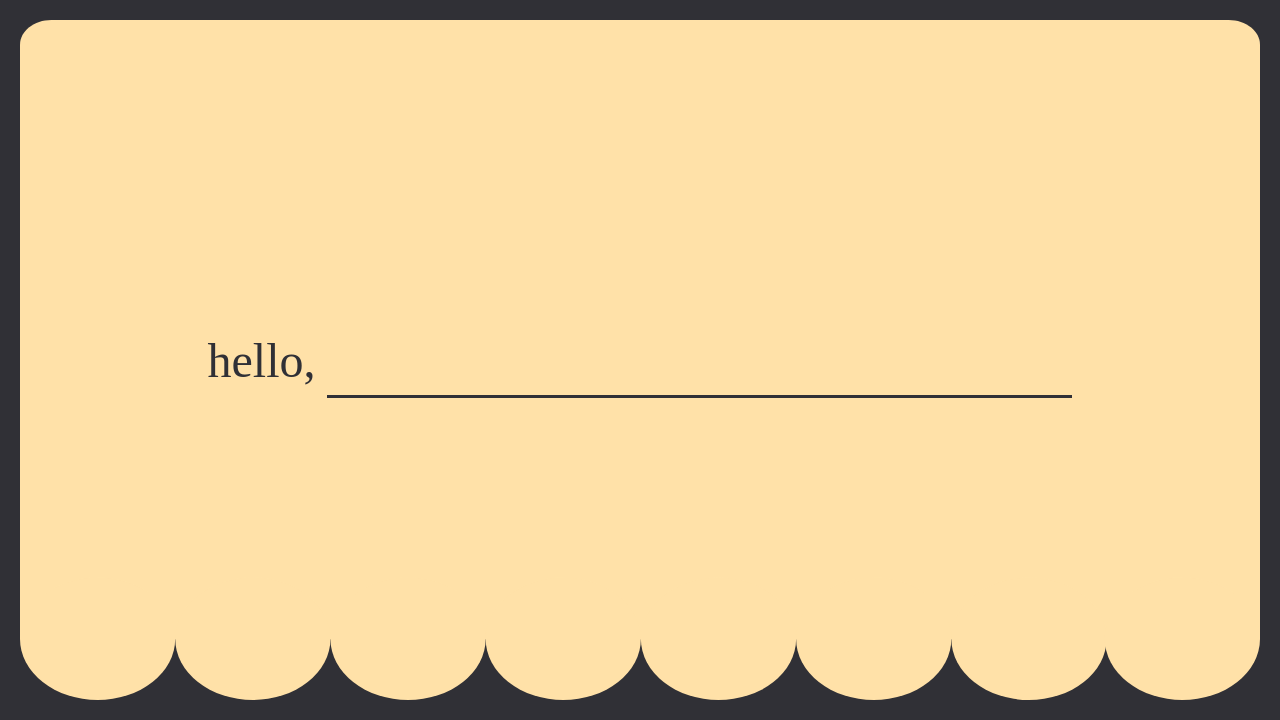
Repository: zhangolivia7/rot-recovery
Page: /
An editor plug-in stored every save of this project. The page is shown before and after the next save, followed by the edit.
The browser window is 1280 px wide. The pictures show the whole page.
Some web fonts or font styles are not loaded; a fallback is used. The project was rebuilt for these pictures with package versions that can differ from the ones it lists, and the page was loaded fresh each time. The framework's server and built-in components were replaced by stand-ins that run in the browser. Also part of the build but not shown: next.config.ts.

Above is the page before, as saved 2025-03-29 18:09:29.

### src/app/layout.tsx
import type { Metadata } from "next";
import { Geist, Geist_Mono } from "next/font/google";
import "./globals.css";

const geistSans = Geist({
  variable: "--font-geist-sans",
  subsets: ["latin"],
});

const geistMono = Geist_Mono({
  variable: "--font-geist-mono",
  subsets: ["latin"],
});

export const metadata: Metadata = {
  title: "Rot Recovery",
  description: "it's comeback time.",
};

export default function RootLayout({
  children,
}: Readonly<{
  children: React.ReactNode;
}>) {
  return (
    <html lang="en">
      <body
        className={`${geistSans.variable} ${geistMono.variable} antialiased`}
      >
        {children}
      </body>
    </html>
  );
}

### src/app/page.tsx
'use client'
import { SetStateAction, useState } from "react";
import { useWindowSize } from 'react-use';
import Confetti from 'react-confetti-boom';

export default function Home() {
  const [name, setName] = useState("");
  const [tasks, setTasks] = useState<{ id: number; text: string }[]>([]);
  const [timeframe, setTimeframe] = useState("");
  const [newTask, setNewTask] = useState("");
  const [schedule, setSchedule] = useState<string>(""); //store groqAPI response
  const [loading, setLoading] = useState<boolean>(false);

  // Update name
  const updateName = (e: React.ChangeEvent<HTMLInputElement>) => {
    setName(e.target.value);
    console.log(name);
  };

  // Update task text
  const updateTaskText = (id: number, text: string) => {
    setTasks(tasks.map(task => (task.id === id ? { ...task, text } : task)));
  };

  // Delete a task
  const deleteTask = (id: number) => {
    setTasks(tasks.filter(task => task.id !== id));
  };

  // Add new task when Enter is pressed
  const handleKeyDown = (e: React.KeyboardEvent<HTMLInputElement>) => {
    if (e.key === "Enter" && newTask.trim() !== "") {
      setTasks([...tasks, { id: Date.now(), text: newTask }]);
      setNewTask("");
    }
  };

  // Send tasks and timeframe to ChatGPT API and update schedule
  const handleSubmit = async () => {
    if (tasks.length === 0 || timeframe.trim() === "") {
      alert("Please enter tasks and a timeframe.");
      return;
    }

    setLoading(true); // Show loading state

    // Prepare message for Groq
    var prompt = "";

    if (name.toLowerCase() === "leslie") {
      prompt = `ALWAYS USE <b> IF YOU NEED TO BOLD YOUR RESPONSES!!! DO NOT USE DOUBLE ASTERICKS\nHey! You're talking to my friend ${name}, who's been bedrotting and has ${timeframe} to get back on track! Here's what ${name} has to get done':\n` +
        tasks.map((task, index) => `${index + 1}. ${task.text}`).join("\n") +
        `\n\nShe REALLY likes Hatsune Miku, so pretending you're Hatsune Miku and including Hatsune Miku references, give them a structured, realistic schedule based on the current time and amount of time they have to work in this schedule format:\n[Introduction message (make sure you introduce yourself as Hatsune Miku)]\n[00:00-##:##: <b>Task</b>, bit of encouragement and tips on how to complete the task well] and repeat this structure. Here's an example: <b>[Greeting]</b>\n\nHere's your customized schedule: \n\n<b>00:00-00:30: Finish Math Homework,</b> Leslie-chan! Take a deep breath and dive into your math problems. Focus on one question at a time, and make sure you understand each concept before moving on to the next. You got this!\n\n<b>00:30-01:15: Watch Algorithms Class Lecture.</b> Take a short break to grab a snack or stretch, and then settle in to watch your lecture. Take notes on important points, and don't hesitate to pause the video if you need to review something.\n\n<b>01:15-03:00: Study for Linear Algebra Test.</b> You're almost there, Leslie-chan! Review your notes and textbook, and try to summarize key concepts in your own words. Make flashcards or create a concept map to help you visualize the material.\n\n[Closing message with Hatsune Miku references]`;
    } else {
      prompt = `ALWAYS USE <b> IF YOU NEED TO BOLD YOUR RESPONSES!!! DO NOT USE DOUBLE ASTERICKS. Hey! You're talking to my friend ${name}, who's been bedrotting and has ${timeframe} to get back on track! Here's what ${name} has to get done':\n` +
        tasks.map((task, index) => `${index + 1}. ${task.text}`).join("\n") +
        `\n\nIn a fun, chill tone, give them a structured, realistic schedule based on the current time and amount of time they have to work in this schedule format:\n[Introduction message]\n<b>00:00-##:##: Task</b>, bit of encouragement and tips on how to complete the task well. Repeat this structure. Here's an example: <b>[Greeting]</b>\n\nHere's your customized schedule:\n\n<b>00:00-00:20: History Studying,</b> Let's get that history test prep started! Focus on reviewing your notes, making flashcards, and going over any tricky dates or events. You got this, Bob!\n\n<b>00:20-00:45: English Essay Brainstorm,</b> Time to get those creative juices flowing! Take 10-15 minutes to brainstorm ideas for your essay, then organize your thoughts into an outline. Remember, a solid outline will make the writing process so much smoother!\n\n<b>00:45-01:10: Math Homework</b>, Math homework can be a real challenge, but you're almost there! Focus on one problem at a time, and don't be afraid to take breaks if you get stuck. You've got this, Bob! You're so close to finishing!\n\n<b>01:10-02:00: Write That Essay,</b> It's time to put your thoughts into words! Take your outline and start writing that essay. Remember to stay focused, and don't worry too much about grammar or spelling at this stage. Just get your ideas down on paper!\n\n[Closing message]`;
    }

    try {
      const response = await fetch("/api/generate-schedule", {
        method: "POST",
        headers: { "Content-Type": "application/json" },
        body: JSON.stringify({ prompt }),
      });

      const data = await response.json();
      setSchedule(data.schedule); // Store response
    } catch (error) {
      console.error("Error fetching schedule:", error);
      setSchedule("Failed to generate schedule. Try again.");
    } finally {
      setLoading(false);
    }

    // Scroll to the schedule section
    document.getElementById("next-section")?.scrollIntoView({ behavior: "smooth" });
  };

  return (
    <div className={`h-screen snap-y snap-mandatory ${name.trim() === "" ? "overflow-hidden" : "overflow-y-scroll"}`}>
      {/* Section 1 */}
      <section id="sec1" className="h-screen flex justify-center items-center snap-start relative overflow-hidden">
        {/* SVG Background with exact 10px margin on all sides */}
        <div className="absolute top-[20px] left-[20px] right-[20px] bottom-[20px] z-0">
          <svg
            viewBox="0 0 1382 961"
            fill="none"
            xmlns="http://www.w3.org/2000/svg"
            className="w-full h-full"
            preserveAspectRatio="none"
          >
            <path d="M0 35C0 15.6701 15.67 0 35 0H1347C1366.33 0 1382 15.67 1382 35V875H0V35Z" fill="#FFE1A8" />
            <circle cx="86.5" cy="874.5" r="86.5" fill="#FFE1A8" />
            <circle cx="259.5" cy="874.5" r="86.5" fill="#FFE1A8" />
            <circle cx="432.5" cy="874.5" r="86.5" fill="#FFE1A8" />
            <circle cx="605.5" cy="874.5" r="86.5" fill="#FFE1A8" />
            <circle cx="778.5" cy="874.5" r="86.5" fill="#FFE1A8" />
            <circle cx="951.5" cy="874.5" r="86.5" fill="#FFE1A8" />
            <circle cx="1124.5" cy="874.5" r="86.5" fill="#FFE1A8" />
            <circle cx="1295.5" cy="874.5" r="86.5" fill="#FFE1A8" />
          </svg>
        </div>

        {/* Foreground content */}
        <main className="z-10 flex flex-col gap-[32px] row-start-2 items-center sm:items-start">
          <div id="s1">
            <h1>
              hello, <input type="text" id="helloText" value={name} onChange={updateName} />
            </h1>
          </div>
        </main>
      </section>


      {name.trim() !== "" && (
        <>
          {/* Section 2 */}
          <section className="h-screen flex flex-col items-center snap-start">
            <div id="sec2" className="w-full h-full flex flex-col justify-start items-center pt-0">
              {name.toLowerCase() === "leslie" ? (
                // Special SVG for Leslie
                <svg width="724" height="509" viewBox="0 0 724 509" fill="none" xmlns="http://www.w3.org/2000/svg">
                  <path d="M495 354.5C491.4 354.5 469.167 355.833 458.5 356.5L460 359L528.5 363L525.5 359C516.833 357.5 498.6 354.5 495 354.5Z" fill="#88D0C7" />
                  <path d="M558 413L503.5 434.5L547 451L586 425L558 413Z" fill="#8A8585" />
                  <circle cx="545.624" cy="378" r="25" fill="#FFE1A8" />
                  <path d="M336.624 363C375.024 348.6 487.291 357 538.624 363L542.624 397C534.624 399.667 512.224 405.4 486.624 407C461.024 408.6 347.957 445 294.624 463C271.124 474.333 212.524 497 166.124 497C108.124 497 48.1241 453 50.1241 463C51.7241 471 30.7908 497 20.1241 509C12.7908 504.333 -1.4759 491.8 0.124102 479C1.7241 466.2 26.1241 437.667 38.1241 425L156.124 449C144.791 428.333 128.924 382.2 156.124 363C190.124 339 288.624 381 336.624 363Z" fill="#FFE1A8" />
                  <path d="M455.601 453.39C444.301 452.836 398.096 425.701 378.624 407L412.829 390.125C421.464 391.114 453.014 384.686 455.601 396.594C458.836 411.478 493.917 434.314 524.131 436.079C554.345 437.844 558.339 448.801 544.659 456.342C530.98 463.883 469.726 454.083 455.601 453.39Z" fill="#FFE1A8" />
                  <path d="M529 359C505.167 359.167 455.8 360.1 449 362.5C440.5 365.5 408.5 380.5 403 386.5C397.5 392.5 387.5 398 385.5 406C383.9 412.4 384.833 415.333 385.5 416C381.167 412.5 372.8 404.1 374 398.5C375.423 391.858 379.997 387.017 382.597 386.539C380.62 386.631 375.704 386.944 375 388C374.2 389.2 373.333 390.833 373 391.5C373.167 386.667 374.9 376.1 380.5 372.5C387.5 368 403.5 358.5 417 357C430.5 355.5 463 353 473.5 353C484 353 521.5 357 524 357C526 357 528.167 358.333 529 359Z" fill="#88D0C7" />
                  <path d="M550 371.5C553.2 374.3 558.667 374.667 561 374.5L554 369.5L541 362H550C548 361 543 359 539 359C535 359 529.167 360.5 526.5 361.5C525.667 360.5 523.5 359 525.5 359C528 359 534.5 352.5 541 351.5C547.5 350.5 557 353 561 355C564.2 356.6 567.167 361 567.5 364C568.333 364.5 569 368.3 571 371.5C573.5 375.5 567 396 566 397C565 398 547.5 406.5 544 406.5C540.5 406.5 436.5 434 411 446C385.5 458 297 481.5 291.5 481C287.1 480.6 276.333 476.5 271.5 474.5C275.667 475.5 284.7 476.7 287.5 473.5C290.3 470.3 305.667 466.167 313 464.5H301C295 464.5 287.167 470.5 284 473.5C285.5 471 289.1 465.7 291.5 464.5C293.9 463.3 303.833 457.667 308.5 455C312 454.833 320.8 453.6 328 450C337 445.5 433 410.5 454.5 406.5C471.7 403.3 512.333 398.833 530.5 397C535 398.5 545.2 401.5 550 401.5C553.076 401.5 557.203 399.266 560.091 397.493C558.356 397.618 556.601 396.675 554 397C550.8 397.4 544 391.167 541 388H550C554.8 388 559.333 385.667 561 384.5C558.167 383.333 552 380.6 550 379C548 377.4 545.167 368.333 544 364C544.667 365.333 546.8 368.7 550 371.5Z" fill="#88D0C7" />
                  <path d="M724 -9L586 425L558 413L507.5 433L3 -9H724Z" fill="#F8F2EC" fill-opacity="0.5" />
                  <path d="M531.5 350L529 360.5L526 362L527.5 348L531.5 350Z" fill="#9C4066" />
                  <path d="M543 411.5L530 397.5V397L525.5 397.5L535 408.5L531 409.5L534 411.5H543Z" fill="#9C4066" />
                </svg>
              ) : (
                // Default SVG
                <svg width="724" height="509" viewBox="0 0 724 509" fill="none" xmlns="http://www.w3.org/2000/svg">
                  <path d="M558 413L503.5 434.5L547 451L586 425L558 413Z" fill="#8A8585" />
                  <circle cx="545.624" cy="378" r="25" fill="#FFE1A8" />
                  <path d="M336.624 363C375.024 348.6 487.291 357 538.624 363L542.624 397C534.624 399.667 512.224 405.4 486.624 407C461.024 408.6 347.957 445 294.624 463C271.124 474.333 212.524 497 166.124 497C108.124 497 48.1241 453 50.1241 463C51.7241 471 30.7908 497 20.1241 509C12.7908 504.333 -1.4759 491.8 0.124102 479C1.7241 466.2 26.1241 437.667 38.1241 425L156.124 449C144.791 428.333 128.924 382.2 156.124 363C190.124 339 288.624 381 336.624 363Z" fill="#FFE1A8" />
                  <path d="M455.601 453.39C444.301 452.836 398.096 425.701 378.624 407L412.829 390.125C421.464 391.114 453.014 384.686 455.601 396.594C458.836 411.478 493.917 434.314 524.131 436.079C554.345 437.844 558.339 448.801 544.659 456.342C530.98 463.883 469.726 454.083 455.601 453.39Z" fill="#FFE1A8" />
                  <path d="M724 -9L586 425L558 413L507.5 433L3 -9H724Z" fill="#F8F2EC" fillOpacity="0.5" />
                </svg>
              )}
              <h1 className="text-3xl mt-4">so you've been rotting...</h1>
            </div>
          </section>

          {/* Section 3 */}
          <section className="h-screen flex flex-col items-center justify-center snap-start">
            <div id="form">
              <h1 className="text-3xl">let's get back on track, {name}</h1>

              {/* Timeframe Input */}
              <input
                className="border p-2 w-80 mt-2"
                placeholder="Timeframe (e.g., 2 hours)"
                value={timeframe}
                onChange={(e) => setTimeframe(e.target.value)}
              />

              {/* To-Do List */}
              <div className="mt-4">
                <h2 className="text-lg font-bold">Enter your tasks</h2>
                <ul className="mt-3 space-y-2">
                  {tasks.map(task => (
                    <li key={task.id} className="flex items-center space-x-2">
                      <input
                        type="text"
                        value={task.text}
                        onChange={(e) => updateTaskText(task.id, e.target.value)}
                        className="border-b focus:outline-none bg-transparent w-full"
                      />
                      <button onClick={() => deleteTask(task.id)} className="text-lg">
                        ✕
                      </button>
                    </li>
                  ))}
                </ul>
              </div>

              {/* Add Task Input */}
              <input
                className="border p-2 w-80 mt-2"
                placeholder="Add a task and hit enter"
                value={newTask}
                onChange={(e) => setNewTask(e.target.value)}
                onKeyDown={handleKeyDown}
              />

              {/* Submit Button */}
              <button
                onClick={handleSubmit}
                className="mt-4 p-2 rounded-md"
              >
                {loading ? "Generating..." : "That's It"}
              </button>
            </div>
          </section>

          {/* Next Section - Display Schedule */}
          {schedule && (
            <section id="next-section" className="h-screen flex justify-center items-center snap-start">
              <div className="text-center max-w-xl">
                <h1 className="text-3xl mb-4">your schedule</h1>
                {loading ? (
                  <p className="text-lg">Generating your schedule...</p>
                ) : (
                  <p
                    className="whitespace-pre-wrap"
                    dangerouslySetInnerHTML={{ __html: schedule || "Your schedule will appear here." }}
                  />
                )}
              </div>
            </section>
          )}
        </>
      )}
    </div>
  );
}

### src/app/globals.css
@import url('https://fonts.googleapis.com/css2?family=Shrikhand&display=swap');
@import "tailwindcss";

@theme inline {
  --color-background: var(--background);
  --color-foreground: var(--foreground);
  --font-sans: var(--font-geist-sans);
  --font-mono: var(--font-geist-mono);
  --font-shrikhand: 'Shrikhand', cursive;
}

:root {
  --background: #303036;
  --foreground: #f1e4cc;
}

@media (prefers-color-scheme: dark) {
  :root {
    --background: #303036;
    --foreground: #f1e4cc;
  }
}

html {
  scroll-behavior: smooth;
}

.h-screen {
  height: 100vh;
}

.overflow-y-scroll {
  overflow-y: scroll;
}

.snap-y {
  scroll-snap-type: y mandatory;
}

.snap-start {
  scroll-snap-align: start;
}

body {
  background: var(--background);
  color: var(--foreground);
}

h1 {
  font-size: 3em;
}

#helloText {
  border-bottom: 3px solid var(--background);
}

#helloText:focus {
  outline: none;
}

#sec2 {
  display: flex;
  flex-direction: column;
  gap: 30px;
}

#form {
  display: flex;
  flex-direction: column;
  margin: 10px;
}

#s1 h1 {
  color: var(--background);
  font-family: var(--font-shrikhand);
}

#s1 input {
  font-family: "Georgia", Georgia, 'Times New Roman', Times, serif, serif;
  font-weight: bold;
}

After the next save:
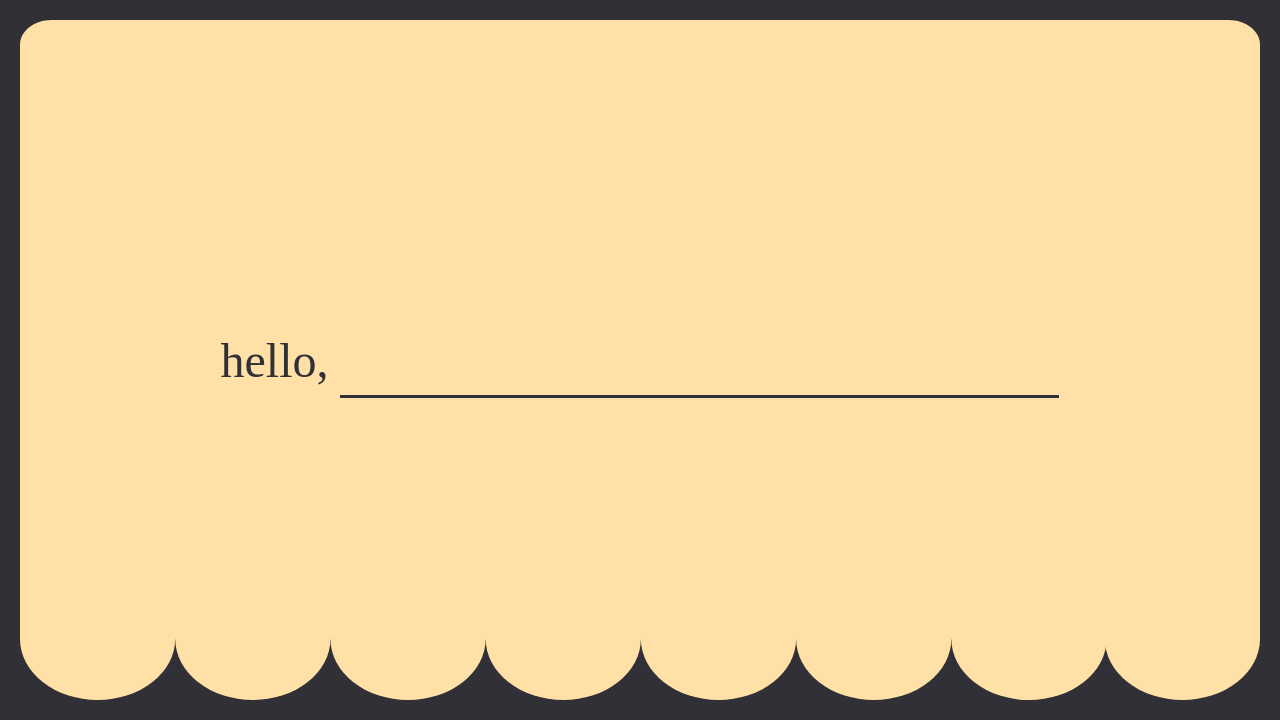
Saved 13 s later.
--- a/src/app/globals.css
+++ b/src/app/globals.css
@@ -77,5 +77,5 @@ h1 {
 
 #s1 input {
   font-family: "Georgia", Georgia, 'Times New Roman', Times, serif, serif;
-  font-weight: bold;
+  font-weight:200;
 }
